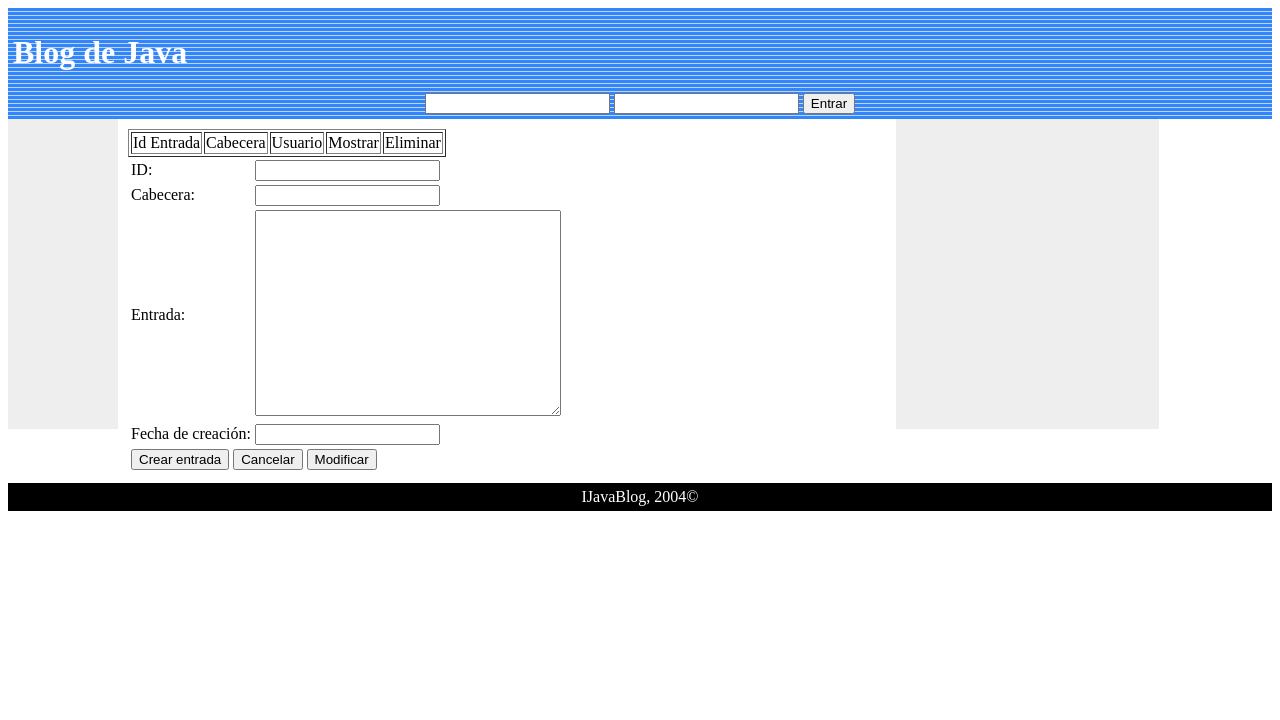
Repository: alruis/IJavaDreamBlog
Page: http://localhost/IJavaBlog/jsp/blog/inicio.jsp
The author's editor kept a copy of each file at every save. The page is drawn from the files as they stood at one save, then again after the next save.
The browser window is 1280 px wide. The pictures show the whole page.
The page is served by Tomcat 9. Nobody is signed in. The application's start-up code is not run. Other server files are loaded and not shown. The template is opened directly, without the code that normally fills it, so the values that code supplies are empty.

Above is the page before, as saved 2014-09-25 15:55:22.
Console error: ReferenceError: init is not defined

### IJavaBlog/WebContent/jsp/blog/inicio.jsp
<%@ page language="java" contentType="text/html; charset=UTF-8"
    pageEncoding="UTF-8"%>
     <%@page import="model.Entrada"%>
 <%@page import="java.util.List"%>
<%@ taglib prefix="c" uri="http://java.sun.com/jsp/jstl/core" %>
<%@ taglib prefix="form" uri="http://www.springframework.org/tags/form" %>
<!DOCTYPE html>
<html>
<head>
	<meta charset="UTF-8">
	<title>IJavaBlog</title>
	<!-- <link href="css/comun.css" rel="stylesheet" type="text/css" />  -->
	<!-- <link href="css/bootstrap.css" rel="stylesheet" type="text/css" />   -->
	<link href="css/ijavablog.css" rel="stylesheet" type="text/css" />




	<script>

	const AGREGAR = 0;
		const MODIFICAR = 1;

		var confirmar = function() {
			var confirmado = confirm("Seguro que deseas eliminar la entrada?");
			return confirmado; // true o false
		};

		var guardar = function(op) {
			var form = document.forms.entradaForm;

			if (op == AGREGAR)
				form.action = "agregarEntrada.blog";
			else if (op == MODIFICAR)
				form.action = "modificarEntrada.blog";

			form.submit();
		};



	</script>


</head>
<body  onload="init()">


	<div id="cabecera" class="cabecera"><%@ include file="cabecera.jsp" %></div>

		<div id="errores">
		<c:forEach var="e" items="${errores}">
			${e}<br/>
		</c:forEach>

</div>
	<div id="body" class="cuerpo" >

	<div id="navegacion" class="navegacion"></div>

	<div id="entradas" class="entradas" >
		<table id="tablaEntradas" border="1">


		<tbody id="tbodyEntradas" >
		<thead>
		<tr><td>Id Entrada</td>
		<td>Cabecera</td>
		<td>Usuario</td>
		<td>Mostrar</td>
		<td>Eliminar</td></tr>

		</thead>
		<%
			// Obteniendo personas que son enviadas desde el Controlador
			List<Entrada> entradas = (List<Entrada>)
			request.getAttribute("entradas");

			if (entradas != null) {
				int num = 1;
				for (Entrada ent : entradas) {
		%>

					<tr>

						<td><%= ent.getIdEntrada() %></td>
						<td><%= ent.getCabeceraEntrada() %></td>
						<td>Creada por el usuario: <%= ent.getIdusuario() %></td>
						<td><a href="mostrar.blog?idEntrada=<%= ent.getIdEntrada() %>"> Mostrar	</a>
						</td>
						<td><a
								href="eliminar.blog?idEntrada=<%= ent.getIdEntrada() %>"
								onclick="return confirmar()" >Eliminar
							</a>
						</td>
					</tr>

		<%
				}
			}
		%>
		</tbody>
	</table>


	<!--   <h1>Crear entrada</h1> -->
	<form:form action="agregarEntrada.blog" commandName="entradaForm" method="post">
		<table>
		<tr>
				<td>ID:</td>
				<td><form:input path="idEntrada" readonly="true" /> </td>
			</tr>
			<tr>
				<td>Cabecera:</td>
				<td><form:input path="cabeceraEntrada"/> </td>
			</tr>
			<tr>
				<td>Entrada:</td>
				<td><form:textarea cssStyle="width:300px;height:200px" path="entrada" /> </td>
			</tr>

			<tr>
				<td>Fecha de creación:</td>
				<td><form:input path="fechaCreacion"/> </td>
			</tr>
			<tr>
				<td colspan="2">
					<input type="submit" value="Crear entrada"/>
					<!-- <input type="button" value="Agregar entrada" onclick="guardar(AGREGAR)"/> -->
				<input type="button" value="Cancelar" onclick="window.location.href='inicio.blog'"/>
				<input type="button" value="Modificar" onclick="guardar(MODIFICAR)"/>
				</td>
			</tr>
		</table>
	</form:form>
	</div> <!--  Cierre de div de entradas -->

	<div id="enlaces" class="enlaces"></div>
	</div> <!--  Cierre de div de body -->

	<div class="pie">
	<%@ include file="pie.jsp" %>
	</div>

</body>
</html>

### IJavaBlog/WebContent/jsp/blog/cabecera.jsp
<%@ page language="java" contentType="text/html; charset=UTF-8"
    pageEncoding="UTF-8"%>
<%@ taglib prefix="c" uri="http://java.sun.com/jsp/jstl/core" %>

<!--  <link href="css/cabecera.css" rel="stylesheet" type="text/css" /> -->
<div id="cabecera">
	<form action="autenticar.blog" method="post">
	<div onclick="javascript:location.href='index.blog'"><h1>Blog de Java</h1></div>
	<div>
		<c:choose>
			<c:when test="${empty sessionScope.usuario}">
				<input type="text" name="correo" />
				<input type="text" name="clave" />
				<input type="submit" value="Entrar" />
			</c:when>
			<c:otherwise>
			<span style="text-align: right;">
				Bienvenido, ${sessionScope.usuario.correo }
				<a href="cerrarSesion.blog">Cerrar sesión</a>
			</span>
			</c:otherwise>
		</c:choose>
	</div>
	</form>
</div>

### IJavaBlog/WebContent/jsp/blog/pie.jsp
<%@ page language="java" contentType="text/html; charset=UTF-8"
    pageEncoding="UTF-8"%>
<div id="pie">
	IJavaBlog, 2004&copy;
</div>

### IJavaBlog/WebContent/css/ijavablog.css
h1 {
	text-align: left;
}

#body {
	clear: both;
	background:url("/img/FondoCabecera.png") repeat top;
}

#registrarUsuario {
	text-align: right;
}


td.entradas{
	text-align: left;
	}


	div.cabecera{
	background-color:black;
	 background-image: url("/img/FondoCabecera.png");

    color:white;
    text-align:center;
    padding:5px;
	}

	div.cuerpo{

	}

	div.enlaces{
 	line-height:30px;
    background-color:#eeeeee;
    height:300px;
    width:20%;
    float:left;
    padding:5px;

	}
	div.entradas{
	width:60%;
    float:left;
    padding:10px;

	}

	div.navegacion{
	 line-height:20%;
    background-color:#eeeeee;
    height:300px;
    width:100px;
    float:left;
    padding:5px;
	}




	div.pie{
	 background-color:black;
    color:white;
    clear:both;
    text-align:center;
   padding:5px;

	}

After the next save:
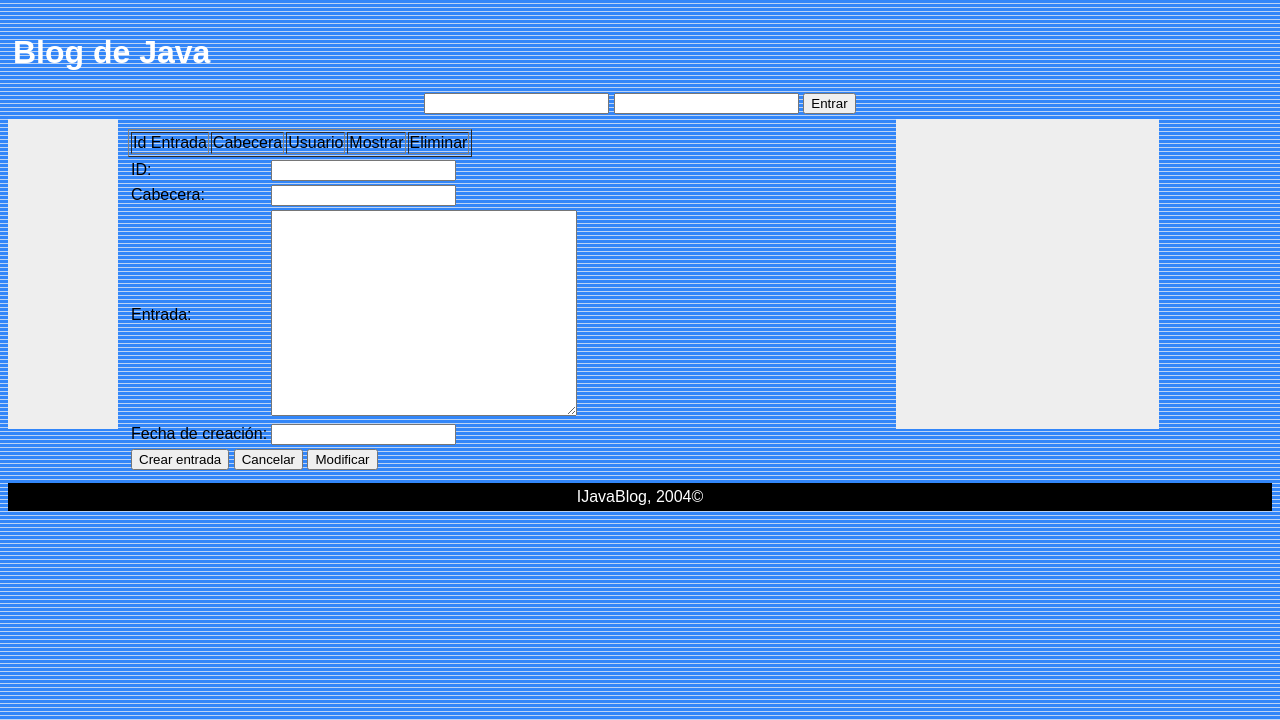
Saved 66 s later.
--- a/IJavaBlog/WebContent/css/ijavablog.css
+++ b/IJavaBlog/WebContent/css/ijavablog.css
@@ -1,5 +1,11 @@
 h1 {
 	text-align: left;
+}
+
+html{
+	font-family:Arial, Helvetica, sans-serif;
+	font-size:100%;
+	background:url("/img/FondoCabecera.png") repeat top;
 }
 
 #body {
